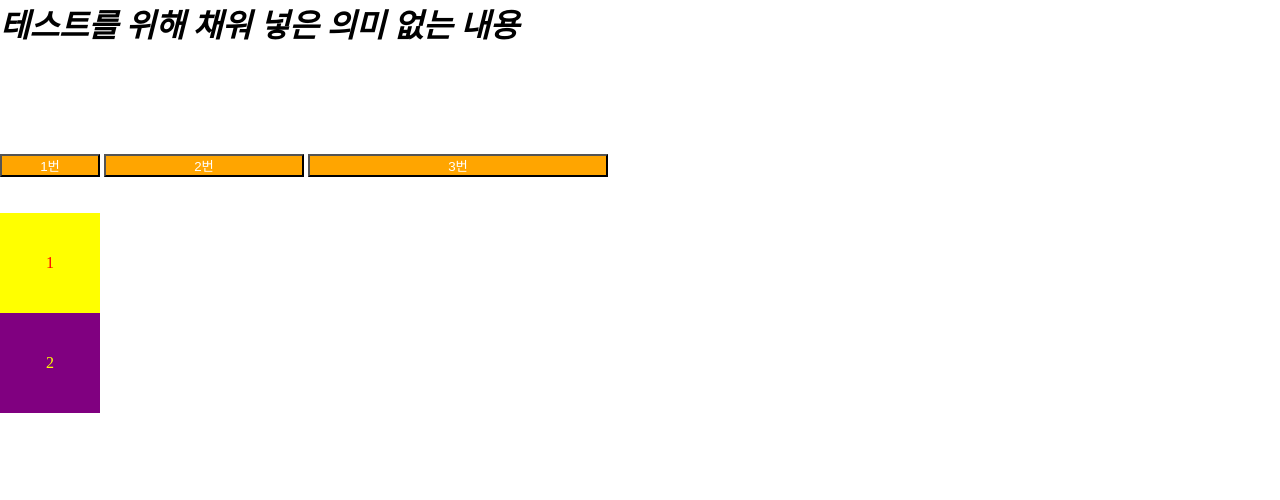
Repository: Axing00/SCSS
Page: test/index.html
The author's editor kept a copy of each file at every save. The page is drawn from the files as they stood at one save, then again after the next save.
The browser window is 1280 px wide. The pictures show the whole page.
The style sheet was rebuilt from its Sass, Less or Tailwind sources for each picture, by a compiler version that may differ from the author's.

Above is the page before, as saved 2023-03-20 16:00:28.

After the next save:
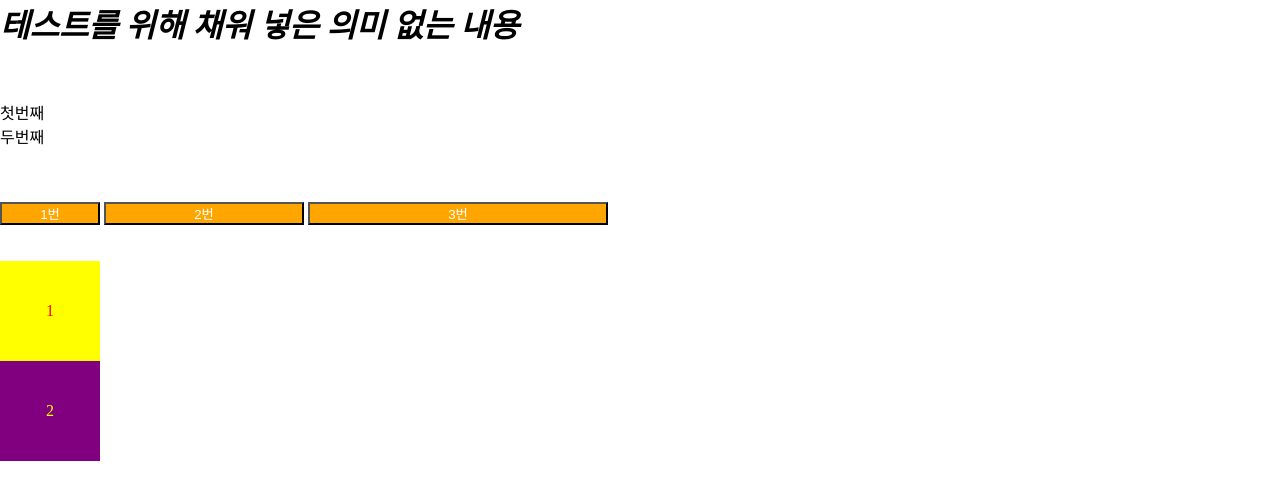
Saved 35 s later.
--- a/test/index.html
+++ b/test/index.html
@@ -14,8 +14,8 @@
 	<br>
 	<br>
 	<br>
-	<!-- <button class="first-btn">첫번째</button> -->
-	<!-- <button class="second-btn">두번째</button> -->
+	<div class="first-btn">첫번째</div>
+	<div class="second-btn">두번째</div>
 	<br>
 	<br>
 	<br>
